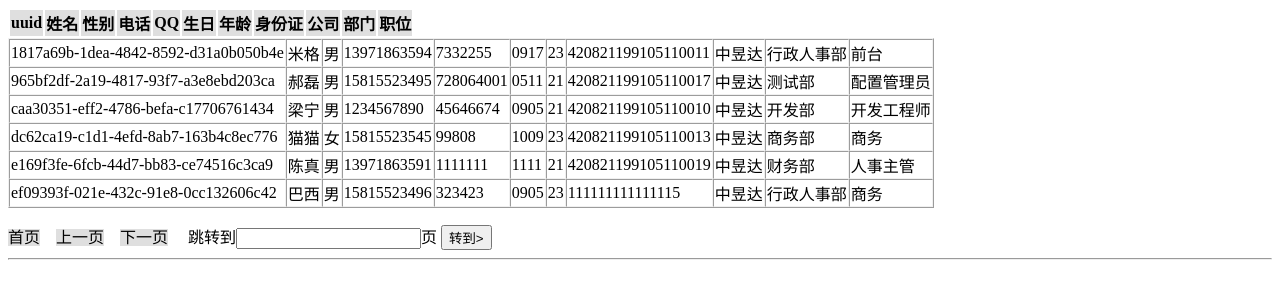
Repository: 728064001/MyProject
Page: http://localhost/CMS/test.jsp
These files come from the project's save history. The page is drawn as it stood at one moment and after the next save; the edit follows.
The browser window is 1280 px wide. The pictures show the whole page.
The page is served by Tomcat 9.

Above is the page before, as saved 2013-08-07 11:43:03.

After the next save:
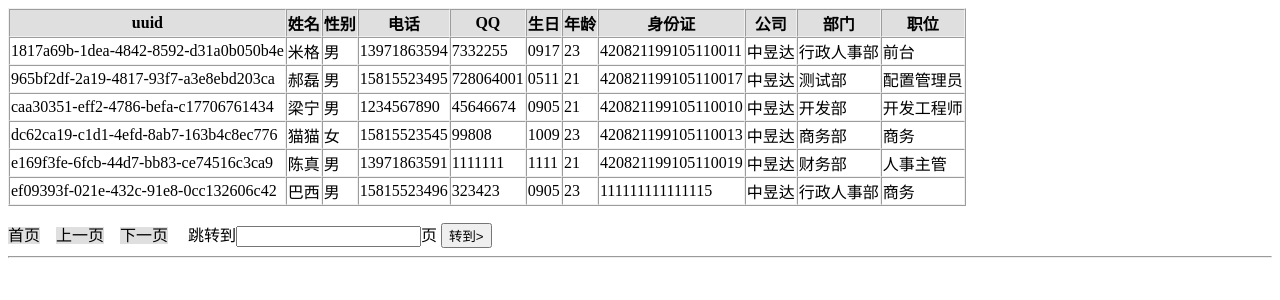
Saved 27 s later.
--- a/cms-server-code/CMS/WebRoot/test.jsp
+++ b/cms-server-code/CMS/WebRoot/test.jsp
@@ -47,12 +47,8 @@ String basePath = request.getScheme()+"://"+request.getServerName()+":"+request.
 			dom_table.attr("id","tab");
 			dom_table.css("border-color","#F0F0F0","border-width","1px","border-style","solid");
 
-
-
 			var tharray  = new Array("uuid","姓名","性别","电话","QQ","生日","年龄","身份证","公司","部门","职位");
 			var tharraylen = tharray.length;
-
-			var th_table = $("<table></table>");
 			var tr_th = $("<tr></tr>");
 			tr_th.css("background","#DFDFDF");
 			for(var x = 0;x<tharraylen;x++){
@@ -60,7 +56,7 @@ String basePath = request.getScheme()+"://"+request.getServerName()+":"+request.
 				th.append(tharray[x]);
 				tr_th.append(th);
 			}
-		    th_table.append(tr_th);
+		    dom_table.append(tr_th);
 
 
 		    for (var o = 0; o < j.countnum; o++) {
@@ -74,7 +70,6 @@ String basePath = request.getScheme()+"://"+request.getServerName()+":"+request.
 		        }
 		        dom_table.append(dom_tr);
 		    }
-		     $("#t").append(th_table);
 		    $("#t").append(dom_table);
 		    $("table tr").bind("dblclick",function(){
 				alert('success');
